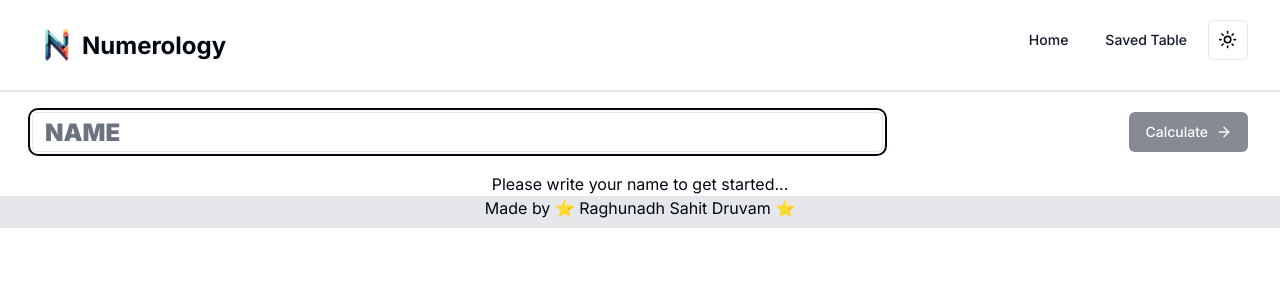
Repository: RaghunadhSahitDruvam/mynumerology
Page: /
These files come from the project's save history. The page is drawn as it stood at one moment and after the next save; the edit follows.
The browser window is 1280 px wide. The pictures show the whole page.
The project was rebuilt for these pictures with package versions that can differ from the ones it lists, and the page was loaded fresh each time. The framework's server and built-in components were replaced by stand-ins that run in the browser. Also part of the build but not shown: next.config.js, components/ui/alert-dialog.tsx.

Above is the page before, as saved 2023-12-21 17:01:40.

### app/layout.tsx
import type { Metadata } from "next";
import { Inter } from "next/font/google";
import "./globals.css";
import { ThemeProvider } from "@/components/theme-provider";

const inter = Inter({ subsets: ["latin"] });

export const metadata: Metadata = {
  title: "Numerology",
  description: "Officially designed by ⭐ Raghunadh ⭐",
};

export default function RootLayout({
  children,
}: {
  children: React.ReactNode;
}) {
  return (
    <html lang="en">
      <body className={inter.className}>
        {" "}
        <ThemeProvider
          attribute="class"
          defaultTheme="system"
          enableSystem
          disableTransitionOnChange
        >
          {children}
          {/* <Toaster /> */}
        </ThemeProvider>
      </body>
    </html>
  );
}

### app/page.tsx
// @ts-nocheck
"use client";
import React, { useEffect, useRef, useState } from "react";
import { Input } from "@/components/ui/input";
import { ToastContainer, toast } from "react-toastify";
import "react-toastify/dist/ReactToastify.css";

import { Button } from "@/components/ui/button";
import { ArrowRight } from "lucide-react";
import axios from "axios";
import Header from "@/components/header";
import { useRouter, useSearchParams } from "next/navigation";
import Link from "next/link";
import {
  AlertDialog,
  AlertDialogAction,
  AlertDialogCancel,
  AlertDialogContent,
  AlertDialogDescription,
  AlertDialogFooter,
  AlertDialogHeader,
  AlertDialogTitle,
  AlertDialogTrigger,
} from "@/components/ui/alert-dialog";
import Footer from "@/components/footer";

interface DataSource {
  name_g2_block?: string;
  name_g3_block?: string;
  g2tot?: number;
  g2vtot?: number;
  g2nettot?: number;
  g3tot?: number;
  g3vtot?: number;
  g3nettot?: number;
  tot_letters?: number;
}

const Page: React.FC = () => {
  let [textName, setTextName] = useState<string>("");
  const [dataSource, setDataSource] = useState<DataSource | null>(null);
  const [loading, setLoading] = useState<boolean>(false);
  const searchParams = useSearchParams();
  let search = searchParams.get("name");
  const router = useRouter();
  const saveHandler = async (dataSource: DataSource) => {
    setLoading(true);
    await axios
      .post("/api/save", {
        chaldean: dataSource.name_g2_block,
        pythogorous: dataSource.name_g3_block,
        tot_letters: dataSource.tot_letters,
        g2tot: dataSource.g2tot,
        g3tot: dataSource.g3tot,
        g2vtot: dataSource.g2vtot,
        g3vtot: dataSource.g3vtot,
        g2nettot: dataSource.g2nettot,
        g3nettot: dataSource.g3nettot,
      })
      .then((res) => {
        setLoading(false);
        toast.success("Name successfully added to Database ⭐!");
      })
      .catch((err) => toast.error(err));
  };

  useEffect(() => {
    // Set initial value only if it's different from the current state
    if (search !== null && search !== textName) {
      setTextName(search);
    }
  }, [search, textName]);

  const inputFocusRef = useRef(null);
  const buttonRef = useRef(null);
  useEffect(() => {
    inputFocusRef.current.focus();
    if (search !== null) {
      if (buttonRef.current) {
        buttonRef.current.click();
      }
    }
  }, []);
  const submitHandler = (e: React.FormEvent<HTMLFormElement>) => {
    e.preventDefault();
    axios
      .get(
        `https://phinzi.com/convert?name=${textName
          .replaceAll(".", "")
          .replaceAll(",", "")
          .replaceAll(" - ", "")
          .replaceAll("-", " ")
          .replaceAll(";", "")
          .replaceAll("(", "")
          .replaceAll(")", "")
          .replaceAll("  ", " ")
          .replaceAll("[", "")
          .replaceAll("]", "")}`
      )
      .then((res) => setDataSource(res.data));
  };

  const updateURL = (newTextName: string) => {
    // Update the URL without a page reload
    router.push(
      `?name=${encodeURIComponent(
        newTextName
          .replaceAll(".", "")
          .replaceAll(",", "")
          .replaceAll(" - ", "")
          .replaceAll("-", " ")
          .replaceAll(";", "")
          .replaceAll("(", "")
          .replaceAll(")", "")
          .replaceAll("  ", " ")
          .replaceAll("[", "")
          .replaceAll("]", "")
      )}`
    );
  };

  return loading ? (
    <div className="flex items-center justify-center h-screen bg-gray-100">
      <div className="animate-spin h-12 w-12 border-t-2 border-b-2 border-gray-900 rounded-full" />
    </div>
  ) : (
    <div className="">
      <Header />

      <div>
        <form
          className="container gap flex justify-between"
          onSubmit={(e) => submitHandler(e)}
        >
          <Input
            type="text"
            placeholder="Name"
            className="w-[70%]"
            value={textName
              .replaceAll(".", "")
              .replaceAll(",", "")
              .replaceAll(" - ", "")
              .replaceAll("-", " ")
              .replaceAll(";", "")
              .replaceAll("(", "")
              .replaceAll(")", "")
              .replaceAll("  ", " ")
              .replaceAll("[", "")
              .replaceAll("]", "")}
            ref={inputFocusRef}
            onChange={(e) => {
              const newValue = e.target.value;
              setTextName(newValue);
              updateURL(newValue); // Update the URL when input changes
            }}
          />

          <Button
            type="submit"
            ref={buttonRef}
            disabled={textName.length === 0}
          >
            Calculate <ArrowRight className="ml-2 h-4 w-4" />
          </Button>
        </form>
      </div>
      {dataSource ? (
        <>
          <div className="container mt-[30px] flex items-start justify-start">
            <table
              border={2}
              className="border-4dark:border-white border-yellow-600"
            >
              <thead className="border-4 dark:border-white border-yellow-600 p-[20px]">
                <tr className="border-4 dark:border-white border-yellow-600">
                  <th className="border-4 dark:border-white border-yellow-600 bg-green-600 text-white  text-2xl font-[900]">
                    Grp.
                  </th>
                  <th className="border-4 dark:border-white border-yellow-600 bg-green-600 text-white  text-2xl font-[900]">
                    Name
                  </th>
                  <th className="border-4 dark:border-white border-yellow-600 bg-green-600 text-white  text-2xl font-[900]">
                    Total
                  </th>
                  <th className="border-4  dark:border-white border-yellow-600 bg-green-600 text-white  text-2xl font-[900]">
                    V
                  </th>
                  <th className="border-4px-[10px]  dark:border-white border-yellow-600 bg-green-600 text-white  text-2xl font-[900] text-2xl">
                    C
                  </th>
                </tr>
              </thead>
              <tbody className="border-4 dark:border-white border-yellow-600 text-[#960084] font-[900]">
                <tr className="border-4 dark:border-white border-yellow-600">
                  <td className="border-4 dark:border-white border-yellow-600 bg-green-600 text-white  text-2xl ">
                    C
                  </td>
                  <td className=" border-4 dark:border-white border-yellow-600 ">
                    <table
                      className=" table-padding text-2xl"
                      dangerouslySetInnerHTML={{
                        __html:
                          typeof dataSource !== "undefined" &&
                          dataSource?.name_g2_block,
                      }}
                    ></table>
                  </td>

                  <td className="border-4 dark:border-white border-yellow-600 text-2xl bg-green-600 text-white ">
                    {dataSource?.g2tot}
                  </td>
                  <td className="border-4 dark:border-white border-yellow-600 text-2xl bg-green-600 text-white ">
                    {" "}
                    {dataSource?.g2vtot}
                  </td>
                  <td className="border-4 dark:border-white border-yellow-600 text-2xl bg-green-600 text-white ">
                    {" "}
                    {dataSource?.g2nettot}
                  </td>
                </tr>
                <tr className="border-4 dark:border-white border-yellow-600">
                  <td className="border-4 dark:border-white border-yellow-600 bg-green-600 text-white  text-2xl ">
                    P
                  </td>
                  <td className=" border-4 dark:border-white border-yellow-600">
                    <table
                      className=" table-padding text-2xl"
                      dangerouslySetInnerHTML={{
                        __html:
                          typeof dataSource !== "undefined" &&
                          dataSource?.name_g3_block,
                      }}
                    ></table>
                  </td>

                  <td className="border-4 dark:border-white border-yellow-600 text-2xl bg-green-600 text-white ">
                    {dataSource?.g3tot}
                  </td>
                  <td className="border-4 dark:border-white border-yellow-600 text-2xl bg-green-600 text-white ">
                    {" "}
                    {dataSource?.g3vtot}
                  </td>
                  <td className="border-4 dark:border-white border-yellow-600 text-2xl bg-green-600 text-white ">
                    {" "}
                    {dataSource?.g3nettot}
                  </td>
                </tr>
              </tbody>
            </table>
          </div>
          <div className="container flex  items-start mt-[10px] justify-between">
            {" "}
            <span className="text-green-600  text-2xl font-[900]">
              Total Letters - {dataSource?.tot_letters}
            </span>
            <div className="">
              {/* <Button variant={"default"} className="mr-[10px]"> */}
              <AlertDialog>
                <AlertDialogTrigger>
                  <Button variant={"default"} className="mr-[10px]">
                    Save
                  </Button>
                </AlertDialogTrigger>
                <AlertDialogContent>
                  <AlertDialogHeader>
                    <AlertDialogTitle>
                      Are you absolutely sure?
                    </AlertDialogTitle>
                    <AlertDialogDescription>
                      Do you want to save this name -{" "}
                      <b>{textName.toUpperCase()}</b> ?
                    </AlertDialogDescription>
                  </AlertDialogHeader>
                  <AlertDialogFooter>
                    <AlertDialogCancel>Cancel</AlertDialogCancel>
                    <AlertDialogAction onClick={() => saveHandler(dataSource)}>
                      Continue
                    </AlertDialogAction>
                  </AlertDialogFooter>
                </AlertDialogContent>
              </AlertDialog>
              {/* </Button> */}
              <Link href={"/"}>
                <Button
                  variant={"destructive"}
                  onClick={() => {
                    setTextName("");
                    setDataSource(null);
                  }}
                >
                  Cancel
                </Button>
              </Link>
            </div>
          </div>
        </>
      ) : (
        <>
          <div className="container flex justify-center align-middle">
            <h1>Please write your name to get started...</h1>
          </div>
        </>
      )}
      <ToastContainer
        position="top-right"
        autoClose={5000}
        hideProgressBar={false}
        newestOnTop={false}
        closeOnClick
        rtl={false}
        pauseOnFocusLoss
        draggable
        pauseOnHover
        theme="colored"
      />
      <Footer />
    </div>
  );
};

export default Page;

### app/globals.css
@tailwind base;
@tailwind components;
@tailwind utilities;

@layer base {
  :root {
    --background: 0 0% 100%;
    --foreground: 224 71.4% 4.1%;

    --card: 0 0% 100%;
    --card-foreground: 224 71.4% 4.1%;

    --popover: 0 0% 100%;
    --popover-foreground: 224 71.4% 4.1%;

    --primary: 220.9 39.3% 11%;
    --primary-foreground: 210 20% 98%;

    --secondary: 220 14.3% 95.9%;
    --secondary-foreground: 220.9 39.3% 11%;

    --muted: 220 14.3% 95.9%;
    --muted-foreground: 220 8.9% 46.1%;

    --accent: 220 14.3% 95.9%;
    --accent-foreground: 220.9 39.3% 11%;

    --destructive: 0 84.2% 60.2%;
    --destructive-foreground: 210 20% 98%;

    --border: 220 13% 91%;
    --input: 220 13% 91%;
    --ring: 224 71.4% 4.1%;

    --radius: 0.5rem;
  }

  .dark {
    --background: 224 71.4% 4.1%;
    --foreground: 210 20% 98%;

    --card: 224 71.4% 4.1%;
    --card-foreground: 210 20% 98%;

    --popover: 224 71.4% 4.1%;
    --popover-foreground: 210 20% 98%;

    --primary: 210 20% 98%;
    --primary-foreground: 220.9 39.3% 11%;

    --secondary: 215 27.9% 16.9%;
    --secondary-foreground: 210 20% 98%;

    --muted: 215 27.9% 16.9%;
    --muted-foreground: 217.9 10.6% 64.9%;

    --accent: 215 27.9% 16.9%;
    --accent-foreground: 210 20% 98%;

    --destructive: 0 62.8% 30.6%;
    --destructive-foreground: 210 20% 98%;

    --border: 215 27.9% 16.9%;
    --input: 215 27.9% 16.9%;
    --ring: 216 12.2% 83.9%;
  }
}

@layer base {
  * {
    @apply border-border;
  }
  body {
    @apply bg-background text-foreground;
  }
  .container {
    @apply mx-[50px];
  }
  .mainHeading {
    @apply text-2xl font-bold;
  }
  .gap {
    @apply my-[20px];
  }
  .table-padding tbody > tr > td {
    @apply px-[15px];
  }
}

### components/ui/input.tsx
import * as React from "react";

import { cn } from "@/lib/utils";

export interface InputProps
  extends React.InputHTMLAttributes<HTMLInputElement> {}

const Input = React.forwardRef<HTMLInputElement, InputProps>(
  ({ className, type, ...props }, ref) => {
    return (
      <input
        type={type}
        className={cn(
          "flex h-10 w-full rounded-md border border-pink-600 border-input uppercase text-2xl bg-background text-blue-600 font-[1000] px-3 py-2  ring-offset-background file:border-0 file:bg-transparent file:text-sm file:font-medium placeholder:text-muted-foreground focus-visible:outline-none focus-visible:ring-2 focus-visible:ring-ring focus-visible:ring-offset-2 foc disabled:cursor-not-allowed disabled:opacity-50",
          className
        )}
        ref={ref}
        {...props}
      />
    );
  }
);
Input.displayName = "Input";

export { Input };

### components/ui/button.tsx
import * as React from "react"
import { Slot } from "@radix-ui/react-slot"
import { cva, type VariantProps } from "class-variance-authority"

import { cn } from "@/lib/utils"

const buttonVariants = cva(
  "inline-flex items-center justify-center rounded-md text-sm font-medium ring-offset-background transition-colors focus-visible:outline-none focus-visible:ring-2 focus-visible:ring-ring focus-visible:ring-offset-2 disabled:pointer-events-none disabled:opacity-50",
  {
    variants: {
      variant: {
        default: "bg-primary text-primary-foreground hover:bg-primary/90",
        destructive:
          "bg-destructive text-destructive-foreground hover:bg-destructive/90",
        outline:
          "border border-input bg-background hover:bg-accent hover:text-accent-foreground",
        secondary:
          "bg-secondary text-secondary-foreground hover:bg-secondary/80",
        ghost: "hover:bg-accent hover:text-accent-foreground",
        link: "text-primary underline-offset-4 hover:underline",
      },
      size: {
        default: "h-10 px-4 py-2",
        sm: "h-9 rounded-md px-3",
        lg: "h-11 rounded-md px-8",
        icon: "h-10 w-10",
      },
    },
    defaultVariants: {
      variant: "default",
      size: "default",
    },
  }
)

export interface ButtonProps
  extends React.ButtonHTMLAttributes<HTMLButtonElement>,
    VariantProps<typeof buttonVariants> {
  asChild?: boolean
}

const Button = React.forwardRef<HTMLButtonElement, ButtonProps>(
  ({ className, variant, size, asChild = false, ...props }, ref) => {
    const Comp = asChild ? Slot : "button"
    return (
      <Comp
        className={cn(buttonVariants({ variant, size, className }))}
        ref={ref}
        {...props}
      />
    )
  }
)
Button.displayName = "Button"

export { Button, buttonVariants }

### components/header.tsx
import React from "react";
import { ModeToggle } from "./mode";
import Link from "next/link";
import Image from "next/image";
import { Badge } from "./ui/badge";
import { Button } from "./ui/button";

const Header = () => {
  return (
    <div className={``}>
      <div className="flex my-[20px] mainHeading justify-between  container ">
        <Link href={"/"} className="flex align-middle text-center ">
          <Image src={"/images/logo.png"} alt="logo" height={50} width={50} />
          <span className="mt-[10px]">Numerology</span>
        </Link>
        <div className="flex gap-[5px]">
          <Link href={"/"}>
            <Button variant={"link"}>Home</Button>{" "}
          </Link>
          <Link href={"/data"}>
            <Button variant={"link"}>Saved Table</Button>{" "}
          </Link>
          <ModeToggle />
        </div>
      </div>
      <div className="border-b-2"></div>
    </div>
  );
};

export default Header;

### components/footer.tsx
import Link from "next/link";
import { Facebook, Instagram, Linkedin, Twitter } from "lucide-react";

export default function Footer() {
  return (
    <footer className="bg-gray-200 bottom-0">
      <div className="pb-2">
        <p className="text-center">Made by ⭐ Raghunadh Sahit Druvam ⭐</p>
      </div>
    </footer>
  );
}

### components/mode.tsx
"use client";

import * as React from "react";
import { Moon, Sun } from "lucide-react";
import { useTheme } from "next-themes";

import { Button } from "@/components/ui/button";
import {
  DropdownMenu,
  DropdownMenuContent,
  DropdownMenuItem,
  DropdownMenuTrigger,
} from "@/components/ui/dropdown-menu";

export function ModeToggle() {
  const { setTheme } = useTheme();

  return (
    <DropdownMenu>
      <DropdownMenuTrigger asChild>
        <Button variant="outline" size="icon" className="align-middle">
          <Sun className="h-[1.2rem]  w-[1.2rem] rotate-0 scale-100 transition-all dark:-rotate-90 dark:scale-0" />
          <Moon className="absolute  h-[1.2rem] w-[1.2rem] rotate-90 scale-0 transition-all dark:rotate-0 dark:scale-100" />
          <span className="sr-only">Toggle theme</span>
        </Button>
      </DropdownMenuTrigger>
      <DropdownMenuContent align="end">
        <DropdownMenuItem onClick={() => setTheme("light")}>
          Light
        </DropdownMenuItem>
        <DropdownMenuItem onClick={() => setTheme("dark")}>
          Dark
        </DropdownMenuItem>
        <DropdownMenuItem onClick={() => setTheme("system")}>
          System
        </DropdownMenuItem>
      </DropdownMenuContent>
    </DropdownMenu>
  );
}

### components/ui/dropdown-menu.tsx
import * as React from "react"
import * as DropdownMenuPrimitive from "@radix-ui/react-dropdown-menu"
import { Check, ChevronRight, Circle } from "lucide-react"

import { cn } from "@/lib/utils"

const DropdownMenu = DropdownMenuPrimitive.Root

const DropdownMenuTrigger = DropdownMenuPrimitive.Trigger

const DropdownMenuGroup = DropdownMenuPrimitive.Group

const DropdownMenuPortal = DropdownMenuPrimitive.Portal

const DropdownMenuSub = DropdownMenuPrimitive.Sub

const DropdownMenuRadioGroup = DropdownMenuPrimitive.RadioGroup

const DropdownMenuSubTrigger = React.forwardRef<
  React.ElementRef<typeof DropdownMenuPrimitive.SubTrigger>,
  React.ComponentPropsWithoutRef<typeof DropdownMenuPrimitive.SubTrigger> & {
    inset?: boolean
  }
>(({ className, inset, children, ...props }, ref) => (
  <DropdownMenuPrimitive.SubTrigger
    ref={ref}
    className={cn(
      "flex cursor-default select-none items-center rounded-sm px-2 py-1.5 text-sm outline-none focus:bg-accent data-[state=open]:bg-accent",
      inset && "pl-8",
      className
    )}
    {...props}
  >
    {children}
    <ChevronRight className="ml-auto h-4 w-4" />
  </DropdownMenuPrimitive.SubTrigger>
))
DropdownMenuSubTrigger.displayName =
  DropdownMenuPrimitive.SubTrigger.displayName

const DropdownMenuSubContent = React.forwardRef<
  React.ElementRef<typeof DropdownMenuPrimitive.SubContent>,
  React.ComponentPropsWithoutRef<typeof DropdownMenuPrimitive.SubContent>
>(({ className, ...props }, ref) => (
  <DropdownMenuPrimitive.SubContent
    ref={ref}
    className={cn(
      "z-50 min-w-[8rem] overflow-hidden rounded-md border bg-popover p-1 text-popover-foreground shadow-lg data-[state=open]:animate-in data-[state=closed]:animate-out data-[state=closed]:fade-out-0 data-[state=open]:fade-in-0 data-[state=closed]:zoom-out-95 data-[state=open]:zoom-in-95 data-[side=bottom]:slide-in-from-top-2 data-[side=left]:slide-in-from-right-2 data-[side=right]:slide-in-from-left-2 data-[side=top]:slide-in-from-bottom-2",
      className
    )}
    {...props}
  />
))
DropdownMenuSubContent.displayName =
  DropdownMenuPrimitive.SubContent.displayName

const DropdownMenuContent = React.forwardRef<
  React.ElementRef<typeof DropdownMenuPrimitive.Content>,
  React.ComponentPropsWithoutRef<typeof DropdownMenuPrimitive.Content>
>(({ className, sideOffset = 4, ...props }, ref) => (
  <DropdownMenuPrimitive.Portal>
    <DropdownMenuPrimitive.Content
      ref={ref}
      sideOffset={sideOffset}
      className={cn(
        "z-50 min-w-[8rem] overflow-hidden rounded-md border bg-popover p-1 text-popover-foreground shadow-md data-[state=open]:animate-in data-[state=closed]:animate-out data-[state=closed]:fade-out-0 data-[state=open]:fade-in-0 data-[state=closed]:zoom-out-95 data-[state=open]:zoom-in-95 data-[side=bottom]:slide-in-from-top-2 data-[side=left]:slide-in-from-right-2 data-[side=right]:slide-in-from-left-2 data-[side=top]:slide-in-from-bottom-2",
        className
      )}
      {...props}
    />
  </DropdownMenuPrimitive.Portal>
))
DropdownMenuContent.displayName = DropdownMenuPrimitive.Content.displayName

const DropdownMenuItem = React.forwardRef<
  React.ElementRef<typeof DropdownMenuPrimitive.Item>,
  React.ComponentPropsWithoutRef<typeof DropdownMenuPrimitive.Item> & {
    inset?: boolean
  }
>(({ className, inset, ...props }, ref) => (
  <DropdownMenuPrimitive.Item
    ref={ref}
    className={cn(
      "relative flex cursor-default select-none items-center rounded-sm px-2 py-1.5 text-sm outline-none transition-colors focus:bg-accent focus:text-accent-foreground data-[disabled]:pointer-events-none data-[disabled]:opacity-50",
      inset && "pl-8",
      className
    )}
    {...props}
  />
))
DropdownMenuItem.displayName = DropdownMenuPrimitive.Item.displayName

const DropdownMenuCheckboxItem = React.forwardRef<
  React.ElementRef<typeof DropdownMenuPrimitive.CheckboxItem>,
  React.ComponentPropsWithoutRef<typeof DropdownMenuPrimitive.CheckboxItem>
>(({ className, children, checked, ...props }, ref) => (
  <DropdownMenuPrimitive.CheckboxItem
    ref={ref}
    className={cn(
      "relative flex cursor-default select-none items-center rounded-sm py-1.5 pl-8 pr-2 text-sm outline-none transition-colors focus:bg-accent focus:text-accent-foreground data-[disabled]:pointer-events-none data-[disabled]:opacity-50",
      className
    )}
    checked={checked}
    {...props}
  >
    <span className="absolute left-2 flex h-3.5 w-3.5 items-center justify-center">
      <DropdownMenuPrimitive.ItemIndicator>
        <Check className="h-4 w-4" />
      </DropdownMenuPrimitive.ItemIndicator>
    </span>
    {children}
  </DropdownMenuPrimitive.CheckboxItem>
))
DropdownMenuCheckboxItem.displayName =
  DropdownMenuPrimitive.CheckboxItem.displayName

const DropdownMenuRadioItem = React.forwardRef<
  React.ElementRef<typeof DropdownMenuPrimitive.RadioItem>,
  React.ComponentPropsWithoutRef<typeof DropdownMenuPrimitive.RadioItem>
>(({ className, children, ...props }, ref) => (
  <DropdownMenuPrimitive.RadioItem
    ref={ref}
    className={cn(
      "relative flex cursor-default select-none items-center rounded-sm py-1.5 pl-8 pr-2 text-sm outline-none transition-colors focus:bg-accent focus:text-accent-foreground data-[disabled]:pointer-events-none data-[disabled]:opacity-50",
      className
    )}
    {...props}
  >
    <span className="absolute left-2 flex h-3.5 w-3.5 items-center justify-center">
      <DropdownMenuPrimitive.ItemIndicator>
        <Circle className="h-2 w-2 fill-current" />
      </DropdownMenuPrimitive.ItemIndicator>
    </span>
    {children}
  </DropdownMenuPrimitive.RadioItem>
))
DropdownMenuRadioItem.displayName = DropdownMenuPrimitive.RadioItem.displayName

const DropdownMenuLabel = React.forwardRef<
  React.ElementRef<typeof DropdownMenuPrimitive.Label>,
  React.ComponentPropsWithoutRef<typeof DropdownMenuPrimitive.Label> & {
    inset?: boolean
  }
>(({ className, inset, ...props }, ref) => (
  <DropdownMenuPrimitive.Label
    ref={ref}
    className={cn(
      "px-2 py-1.5 text-sm font-semibold",
      inset && "pl-8",
      className
    )}
    {...props}
  />
))
DropdownMenuLabel.displayName = DropdownMenuPrimitive.Label.displayName

const DropdownMenuSeparator = React.forwardRef<
  React.ElementRef<typeof DropdownMenuPrimitive.Separator>,
  React.ComponentPropsWithoutRef<typeof DropdownMenuPrimitive.Separator>
>(({ className, ...props }, ref) => (
  <DropdownMenuPrimitive.Separator
    ref={ref}
    className={cn("-mx-1 my-1 h-px bg-muted", className)}
    {...props}
  />
))
DropdownMenuSeparator.displayName = DropdownMenuPrimitive.Separator.displayName

const DropdownMenuShortcut = ({
  className,
  ...props
}: React.HTMLAttributes<HTMLSpanElement>) => {
  return (
    <span
      className={cn("ml-auto text-xs tracking-widest opacity-60", className)}
      {...props}
    />
  )
}
DropdownMenuShortcut.displayName = "DropdownMenuShortcut"

export {
  DropdownMenu,
  DropdownMenuTrigger,
  DropdownMenuContent,
  DropdownMenuItem,
  DropdownMenuCheckboxItem,
  DropdownMenuRadioItem,
  DropdownMenuLabel,
  DropdownMenuSeparator,
  DropdownMenuShortcut,
  DropdownMenuGroup,
  DropdownMenuPortal,
  DropdownMenuSub,
  DropdownMenuSubContent,
  DropdownMenuSubTrigger,
  DropdownMenuRadioGroup,
}

Loaded but not shown: components/theme-provider.tsx (common file); lib/utils.ts (common file); tailwind.config.js (common file)

After the next save:
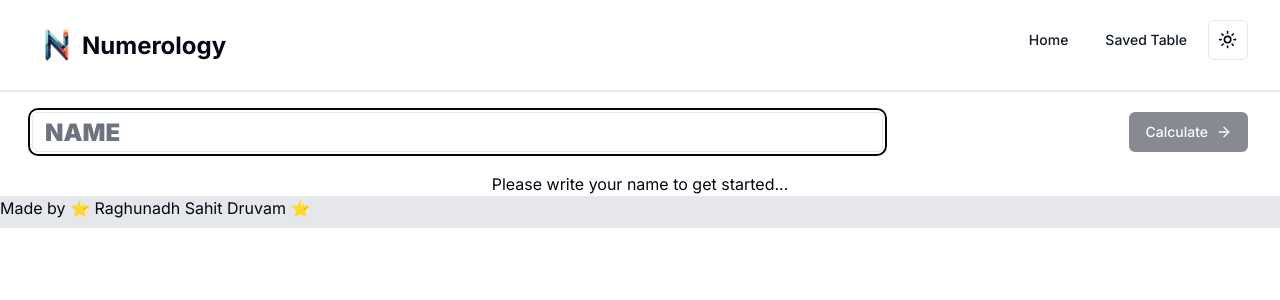
Saved 5 s later.
--- a/components/footer.tsx
+++ b/components/footer.tsx
@@ -3,7 +3,7 @@
 
 export default function Footer() {
   return (
-    <footer className="bg-gray-200 bottom-0">
+    <footer className="bg-gray-200 bottom-0 flex">
       <div className="pb-2">
         <p className="text-center">Made by ⭐ Raghunadh Sahit Druvam ⭐</p>
       </div>

After the save that followed:
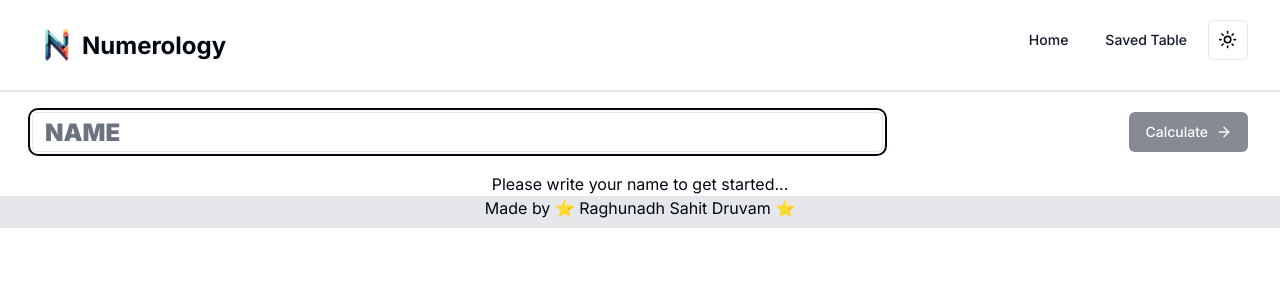
Saved 4 s later.
--- a/components/footer.tsx
+++ b/components/footer.tsx
@@ -3,7 +3,7 @@
 
 export default function Footer() {
   return (
-    <footer className="bg-gray-200 bottom-0 flex">
+    <footer className="bg-gray-200 bottom-0">
       <div className="pb-2">
         <p className="text-center">Made by ⭐ Raghunadh Sahit Druvam ⭐</p>
       </div>
